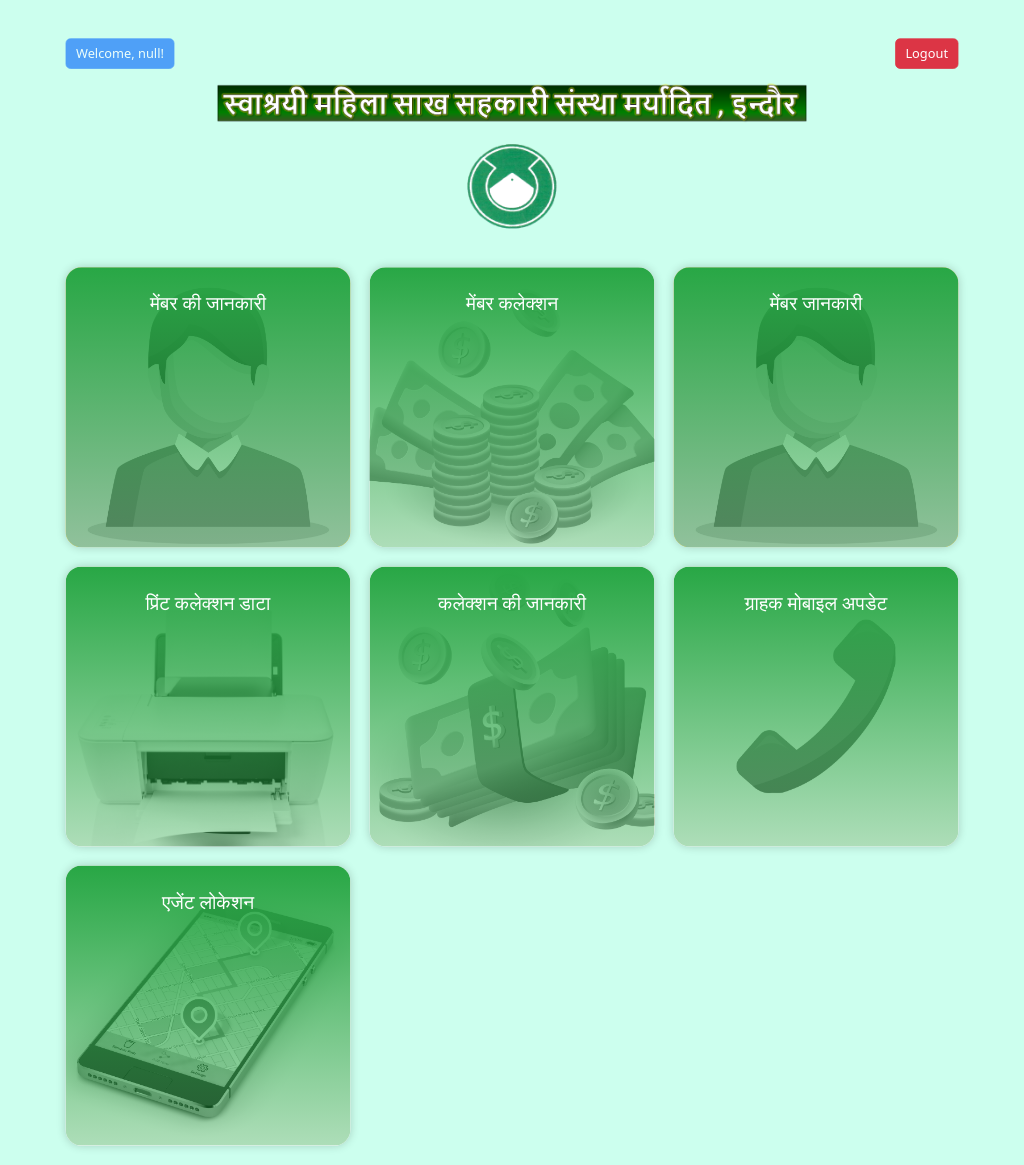
Repository: AbhiheckC/WebProjectSpringBoot
Page: http://localhost/Home
An editor plug-in stored every save of this project. The page is shown before and after the next save, followed by the edit.
The browser window is 1280 px wide. The pictures show the whole page, at 80% of full size.
The page is this project's Thymeleaf template; nobody is signed in. The template is opened directly, without the code that normally fills it, so the values that code supplies are empty.

Above is the page before, as saved 2023-06-17 05:59:09.

### webproject/src/main/resources/templates/Home.html
<!DOCTYPE html>
<html lang="en" xmlns="http://www.w3.org/1999/xhtml" xmlns:th="http://www.thymeleaf.org">

<head>
	<title>होम पेज</title>
	<style th:replace="includes/style :: style"></style>
	<link href="style/homeStyle.css" rel="stylesheet" />
</head>

<body class="backgroundColor">
	<header th:replace="includes/header :: header"></header>
		<section class="wrapper">
			<div class="container">
				<!--<div class="row">
					<div class="col text-center mb-5">
						<h1 class="display-4">Bootstrap 4 Cards With Background Image</h1>
						<p class="lead">Lorem ipsum dolor sit amet at enim hac integer volutpat maecenas pulvinar. </p>
					</div>
				</div>-->
				<div class="row">
					<div class="col-sm-6 col-md-6 col-lg-4 mb-4">
						<a href="/myapp/viewMember">
						<div class="card text-white card-has-bg click-col"
							style="background-image:url('images/customer.jpg');">
							<img class="card-img d-none" src="images/customer.jpg"
								alt="image">
							<div class="card-img-overlay d-flex flex-column">
								<div class="card-body">

									<h4 class="card-title text-center ">मेंबर की जानकारी</h4>

								</div>

							</div>
						</div>
						</a>
					</div>
					<div class="col-sm-6 col-md-6 col-lg-4 mb-4">
						<a href="/myapp/viewAgent">
						<div class="card text-white card-has-bg click-col"
							style="background-image:url('images/coinmoney.jpg');">
							<img class="card-img d-none" src="images/coinmoney.jpg"
								alt="image">
							<div class="card-img-overlay d-flex flex-column">
								<div class="card-body">

									<h4 class="card-title text-center ">मेंबर कलेक्शन</h4>

								</div>

							</div>
						</div>
						</a>
					</div>
					<div class="col-sm-6 col-md-6 col-lg-4 mb-4">
						<a href="/myapp/viewCustomer">
						<div class="card text-white card-has-bg click-col"
							style="background-image:url('images/customer.jpg');">
							<img class="card-img d-none" src="images/customer.jpg"
								alt="image">
							<div class="card-img-overlay d-flex flex-column">
								<div class="card-body">

									<h4 class="card-title text-center ">मेंबर जानकारी</h4>

								</div>

							</div>
						</div>
						</a>
					</div>
					<div class="col-sm-6 col-md-6 col-lg-4 mb-4">
						<a href="/myapp/printCollection">
						<div class="card text-white card-has-bg click-col"
							style="background-image:url('images/printer.jpg');">
							<img class="card-img d-none" src="images/customer.jpg"
								alt="image">
							<div class="card-img-overlay d-flex flex-column">
								<div class="card-body">

									<h4 class="card-title text-center">प्रिंट कलेक्शन डाटा</h4>

								</div>

							</div>
						</div>
						</a>
					</div>
					<div class="col-sm-6 col-md-6 col-lg-4 mb-4">
						<a href="/myapp/viewCollectionInfo">
						<div class="card text-white card-has-bg click-col"
							style="background-image:url('images/collection.jpg');">
							<img class="card-img d-none" src="images/collection.jpg"
								alt="image">
							<div class="card-img-overlay d-flex flex-column">
								<div class="card-body">

									<h4 class="card-title text-center">कलेक्शन की जानकारी</h4>

								</div>

							</div>
						</div>
						</a>
					</div>
					<div class="col-sm-6 col-md-6 col-lg-4 mb-4">
						<a href="/myapp/viewCustomerMobileModify">
						<div class="card text-white card-has-bg click-col"
							style="background-image:url('images/phone.jpg');">
							<img class="card-img d-none" src="images/phone.jpg"
								alt="image">
							<div class="card-img-overlay d-flex flex-column">
								<div class="card-body">

									<h4 class="card-title text-center">ग्राहक मोबाइल अपडेट</h4>

								</div>

							</div>
						</div>
						</a>
					</div>
					<div class="col-sm-6 col-md-6 col-lg-4 mb-4">
						<a href="/myapp/viewAgentLocation">
						<div class="card text-white card-has-bg click-col"
							style="background-image:url('images/location.jpg');">
							<img class="card-img d-none" src="images/location.jpg"
								alt="image">
							<div class="card-img-overlay d-flex flex-column">
								<div class="card-body">

									<h4 class="card-title text-center ">एजेंट लोकेशन</h4>

								</div>

							</div>
						</div>
						</a>
					</div>
					<!--
					<div class="col-sm-6 col-md-6 col-lg-4 mb-4">
						<a href="/viewAgent">
						<div class="card text-white card-has-bg click-col"
							style="background-image:url('images/cus.jpg');">
							<img class="card-img d-none" src="images/cus.jpg"
								alt="image">
							<div class="card-img-overlay d-flex flex-column">
								<div class="card-body">

									<h4 class="card-title text-center ">Header</h4>

								</div>

							</div>
						</div>
						</a>
					</div>
					<div class="col-sm-6 col-md-6 col-lg-4 mb-4">
						<a href="/viewAgent">
						<div class="card text-white card-has-bg click-col"
							style="background-image:url('images/moneddy.jpg');">
							<img class="card-img d-none" src="images/moneydd.jpg"
								alt="image">
							<div class="card-img-overlay d-flex flex-column">
								<div class="card-body">

									<h4 class="card-title text-center ">Header</h4>

								</div>

							</div>
						</div>
						</a>
					</div> -->
				</div>
			</div>
		</section>

	<script th:replace="includes/script :: script"></script>
	<!--<footer th:replace="includes/footer :: footer"></footer>-->
</body>

</html>

### webproject/src/main/resources/templates/includes/style.html
<head th:fragment="style">
	<meta charset="UTF-8" />
	<meta name="viewport" content="width=device-width, initial-scale=1" />
	<link href="https://fonts.googleapis.com/css2?family=Roboto&display=swap" rel="stylesheet">
	<link href="style/main.css" rel="stylesheet" />
	<link href="bootstrap/bootstrap.min.css" rel="stylesheet" />
	<!-- Include jQuery from a CDN (Content Delivery Network) -->
	<script src="https://code.jquery.com/jquery-3.6.0.min.js"></script>

	<!--<link rel="stylesheet" href="https://cdn.jsdelivr.net/npm/bootstrap@5.2.3/dist/css/bootstrap.min.css"
		integrity="sha384-rbsA2VBKQhggwzxH7pPCaAqO46MgnOM80zW1RWuH61DGLwZJEdK2Kadq2F9CUG65" crossorigin="anonymous" />-->
</head>

### webproject/src/main/resources/templates/includes/header.html
<div class="container" th:fragment="header">
	<div class="row">
		<div class="col-md-12 headerContainer">
			<p class="userInfo  btn btn-primary disabled" th:text="'Welcome, ' + ${userName} + '!'"></p>
			<form th:action="@{/logout}" method="post">
				    <input class="btn btn-danger logoutBtn" type="submit" value="Logout" />
			</form>
		</div>
	</div>
	<div class="row mb-4">
		<div class="col-md-2"></div>
		<div class="col-md-8">
			<img src="images/bank_heading.png" class="img-fluid img_heading" alt="heading">
		</div>
		<div class="col-md-2"></div>
	</div>
	<div class="row">
		<div class="col-md-12">
			<img src="images/bank_logo.png" class="img-fluid rounded mx-auto d-block img_logo" alt="logo">
		</div>
	</div>
</div>

### webproject/src/main/resources/templates/includes/script.html
<script th:fragment="script" src="bootstrap/bootstrap.min.js"></script>
<script th:fragment="script" src="bootstrap/bootstrap.bundle.min.js"></script>
<script th:fragment="script" src="https://code.jquery.com/jquery-3.6.4.min.js" integrity="sha256-oP6HI9z1XaZNBrJURtCoUT5SUnxFr8s3BzRl+cbzUq8=" crossorigin="anonymous"></script>


<!--<script  th:fragment="script" src="https://cdn.jsdelivr.net/npm/bootstrap@5.2.3/dist/js/bootstrap.min.js"
		integrity="sha384-cuYeSxntonz0PPNlHhBs68uyIAVpIIOZZ5JqeqvYYIcEL727kskC66kF92t6Xl2V"
		crossorigin="anonymous"></script>
	<script  th:fragment="script" src="https://cdn.jsdelivr.net/npm/bootstrap@5.2.3/dist/js/bootstrap.bundle.min.js"
		integrity="sha384-kenU1KFdBIe4zVF0s0G1M5b4hcpxyD9F7jL+jjXkk+Q2h455rYXK/7HAuoJl+0I4"
		crossorigin="anonymous"></script>-->

### webproject/src/main/resources/static/style/main.css
@import url('https://fonts.googleapis.com/css2?family=Roboto:wght@400;500;700;900&display=swap');

:root {
	font-size: 16px;
}

body {
	background-color: #26bd75;
	margin: 0;
	padding: 0;
	color: #000;
	height: 100vh;
	margin-bottom: 10rem;
}

h1,
h2,
h3,
h4,
h5,
h6,
p {
	font-family: 'Roboto', sans-serif;
	font-weight: 300;
}

.container {
	margin-top: 3rem;
}

.heading {
	letter-spacing: 3px;
	font-weight: 700;
	margin: 1.5rem 0;
}

.backgroundColor {
	background-color: rgb(204, 255, 238);
}

.img_logo {
	width: 7rem;
	height: 7rem;
}

.btn {
	font-size: 1rem;
}

.headerContainer {
	display: flex;
	justify-content: space-between;
}


.table-responsive {
	margin-top: 2rem;
	margin-bottom: 5rem;
}

.table tbody td {
	font-weight: 600;

}

.form input[type="text"] {
	background-color: rgb(209, 211, 213);
	border: 2px solid white;
	padding: 1rem 1.8rem;
	outline: none;
	font-weight: 600;
}

input[type="text"]:focus {
	transition: border 0.5s ease-out;
	border-color: rgb(32, 154, 98);
}

.submitBtn {
	padding: 0.8rem;
	background-color: rgb(32, 154, 98);
	border: none;
	color: #fff;
	font-size: 1.5rem;
	outline: none;
	border: 2px solid white;
}

.blackBtn {
	padding: 0.4rem;
	background-color: #000;
	border: none;
	color: #fff;
	font-size: 1rem;
	outline: none;
	width: 50%;
	border: 2px solid white;
}

.submitBtn:focus {
	border: 2px solid #000;
}

.singleInputButtonForm {
	display: flex;
	border: none;
	flex-direction: column;
	gap: 1rem;
	width: 50%;
	margin: auto;
}

.singleInputButtonForm input[type="text"] {
	background-color: rgb(209, 211, 213);
	border: 2px solid white;
	padding: 1rem 1.8rem;
	outline: none;
	font-weight: 600;
}

.multiInputForm {
	display: grid;
	border: none;
	grid-template-columns: 1fr;
	gap: 1rem;
	width: 50%;
	margin: auto;
}

.multiInputForm input[type="text"],input[type="date"] {
	background-color: rgb(209, 211, 213);
	border: 2px solid white;
	padding: 1rem 1.8rem;
	outline: none;
	font-weight: 600;
}





footer {
	margin-top: 3rem;
	position: absolute;
	bottom: 0;
	width: 100%;
	height: 60px;
	/* Height of the footer */
	background-color: #f5f5f5;
}


/* Styles for mobile devices */
@media only screen and (max-width: 600px) {
	.box {
		width: 70%;
	}
	.multiInputForm {
		width: 90%;
	}
	.multiInputForm .row{
		display: flex;
		gap:1rem;
	}
}


/* Styles for tablet devices */
@media only screen and (min-width: 600px) and (max-width: 991px) {
	.box {
		width: 70%;
	}

	.multiInputForm {
		width: 90%;
	}

}

### webproject/src/main/resources/static/style/homeStyle.css
.card {
	border: none;
	transition: all 500ms cubic-bezier(0.19, 1, 0.22, 1);
	overflow: hidden;
	border-radius: 20px;
	min-height: 350px;
	box-shadow: 0 0 12px 0 rgba(0, 0, 0, 0.2);
}

@media (max-width: 768px) {
	.card {
		min-height: 300px;
	}
}

@media (max-width: 420px) {
	.card {
		min-height: 250px;
	}
}

.card.card-has-bg {
	transition: all 500ms cubic-bezier(0.19, 1, 0.22, 1);
	background-size: 120%;
	background-repeat: no-repeat;
	background-position: center center;
}

.card.card-has-bg:before {
	content: '';
	position: absolute;
	top: 0;
	right: 0;
	bottom: 0;
	left: 0;
	background: inherit;
	-webkit-filter: grayscale(1);
	-moz-filter: grayscale(100%);
	-ms-filter: grayscale(100%);
	-o-filter: grayscale(100%);
	filter: grayscale(100%);
}

.card.card-has-bg:hover {
	transform: scale(0.98);
	box-shadow: 0 0 5px -2px rgba(0, 0, 0, 0.3);
	background-size: 130%;
	transition: all 500ms cubic-bezier(0.19, 1, 0.22, 1);
}

.card.card-has-bg:hover .card-img-overlay {
	transition: all 800ms cubic-bezier(0.19, 1, 0.22, 1);
	background: rgb(0, 64, 0);
	background: linear-gradient(0deg, rgb(0, 64, 0) 0%, rgb(0, 64, 0) 100%);
}

.card .card-meta {
	color: #26bd75;
}

.card .card-body {
	transition: all 500ms cubic-bezier(0.19, 1, 0.22, 1);
}

.card:hover {
	cursor: pointer;
	transition: all 800ms cubic-bezier(0.19, 1, 0.22, 1);
}

.card:hover .card-body {
	margin-top: 30px;
	transition: all 800ms cubic-bezier(0.19, 1, 0.22, 1);
}

.card .card-img-overlay {
	transition: all 800ms cubic-bezier(0.19, 1, 0.22, 1);
	background: rgb(40, 167, 69);
	background: linear-gradient(0deg, rgba(40, 167, 69, 0.3785889355742297) 0%, rgba(40, 167, 69, 1) 100%);
}

Loaded but not shown: webproject/src/main/resources/static/bootstrap/bootstrap.min.css (library); webproject/src/main/resources/static/bootstrap/bootstrap.min.js (library); webproject/src/main/resources/static/bootstrap/bootstrap.bundle.min.js (library)

After the next save:
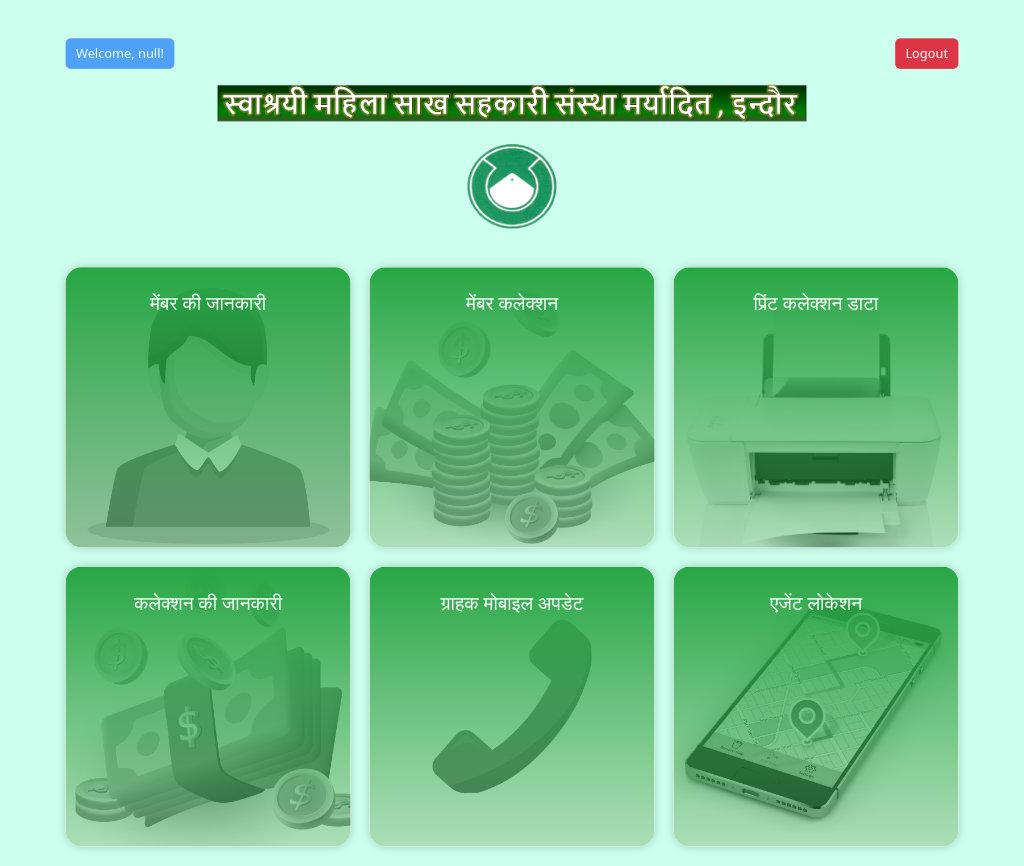
Saved 17 min 1 s later.
--- a/webproject/src/main/resources/templates/Home.html
+++ b/webproject/src/main/resources/templates/Home.html
@@ -52,7 +52,7 @@
 						</div>
 						</a>
 					</div>
-					<div class="col-sm-6 col-md-6 col-lg-4 mb-4">
+					<!--<div class="col-sm-6 col-md-6 col-lg-4 mb-4">
 						<a href="/myapp/viewCustomer">
 						<div class="card text-white card-has-bg click-col"
 							style="background-image:url('images/customer.jpg');">
@@ -68,7 +68,7 @@
 							</div>
 						</div>
 						</a>
-					</div>
+					</div>-->
 					<div class="col-sm-6 col-md-6 col-lg-4 mb-4">
 						<a href="/myapp/printCollection">
 						<div class="card text-white card-has-bg click-col"
